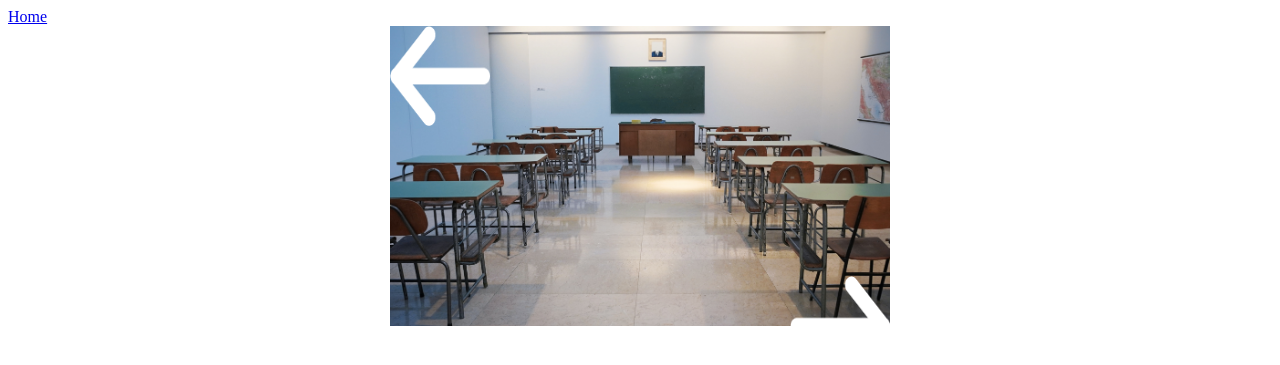
Repository: sierralaurent/Class08-UseEffect
Page: /carouselPage
The author's editor kept a copy of each file at every save. The page is drawn from the files as they stood at one save, then again after the next save.
The browser window is 1280 px wide. The pictures show the whole page.
The project was rebuilt for these pictures with package versions that can differ from the ones it lists, and the page was loaded fresh each time. The framework's server and built-in components were replaced by stand-ins that run in the browser. Also part of the build but not shown: next.config.js.

Above is the page before, as saved 2023-02-20 17:04:16.

### pages/carouselPage.js
import Carousel from "@/components/carousel"
import Link from "next/link"

export default function CarouselPage() {
    return(
        <>
        <Link href="/">Home</Link>
        <Carousel/>
        </>
    )
}

### styles/globals.css
:root {
  {
    ;;
    /**Add some root colors to use on all the othe pages**/
  }
}

### components/carousel/index.js
import Image from "next/image"
import { useEffect, useState } from "react"
import styles from '@/components/carousel/carousel.module.css'

export default function Carousel() {
const [img, setImg] = useState(0);

const changeImage = (change) => {
    if(change == "backward") {
        setImg(img - 1);

        if(img == 0) {
            setImg(5);
        }
        console.log(img);
    } else if(change == "forward") {
        setImg(img + 1);
        if(img == 5) {
            setImg(0)
        }
        console.log(img);
    }

}

    return(
        <>
        <div className={styles.carousel}>
        <div style={{
            backgroundImage:"url(/carousel-images/" + img + ".jpg",
            backgroundSize: 'cover',
            backgroundRepeat: "no-repeat",
            width: 500,
            height: 300
        }}>
            <Image className={styles.arrow1}
            src={"/icons/leftArrow.png"}
            alt={"/icons/leftArrow.png"}
            width={100}
            height={100}
            onClick={() => changeImage("backward")}
            />
            <Image className={styles.arrow2}
            src={"/icons/rightArrow.png"}
            alt={"/icons/rightArrow.png"}
            width={100}
            height={100}
            onClick={() => changeImage("forward")}
            />

        </div>
        </div>

        </>
    )
}

### components/carousel/carousel.module.css
/** flex or grid on stylzijg the pages**/

.carousel {
    display: flex;
    justify-content: center;
    align-items: center;
}

.arrow1 {
    float: left;
}

.arrow2 {
    float: right;
    padding-top: 50%;
}

Loaded but not shown: pages/_app.js (common file); pages/_document.js (common file)

After the next save:
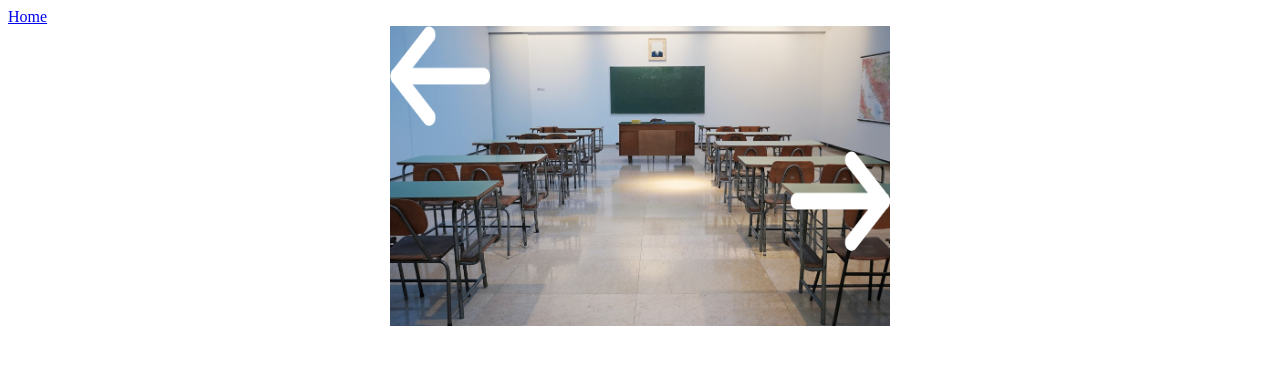
Saved 6 s later.
--- a/components/carousel/carousel.module.css
+++ b/components/carousel/carousel.module.css
@@ -12,5 +12,5 @@
 
 .arrow2 {
     float: right;
-    padding-top: 50%;
+    padding-top: 25%;
 }
